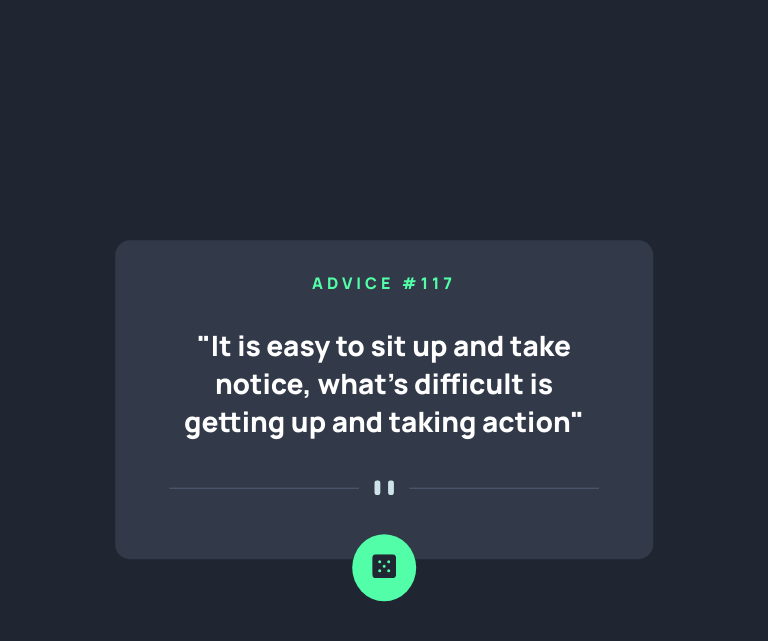
Repository: WindOfCodes/advice-generator-app
Page: index.html
An editor plug-in stored every save of this project. The page is shown before and after the next save, followed by the edit.
The browser window is 768 px wide. The pictures show the whole page.

Above is the page before, as saved 2022-11-28 22:31:25.

After the next save:
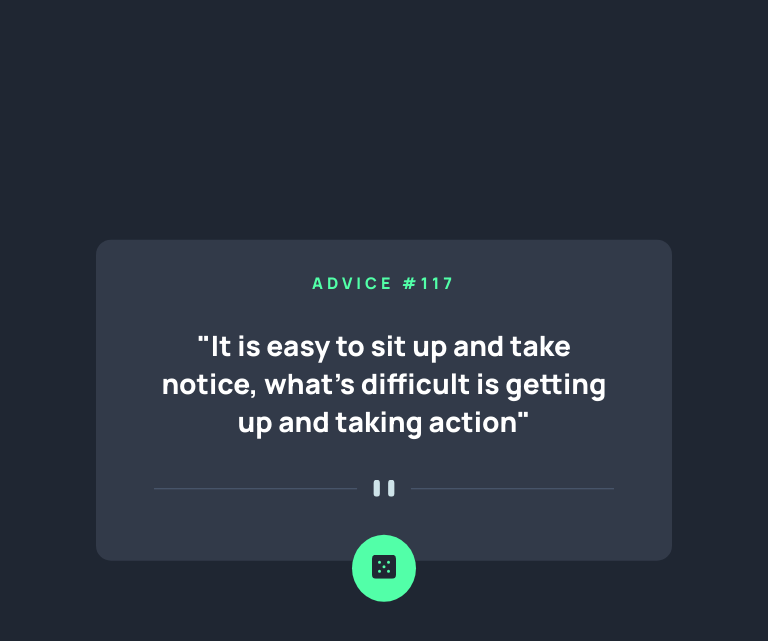
Saved 6 s later.
--- a/styles/main.css
+++ b/styles/main.css
@@ -72,7 +72,7 @@ body {
 
 @media only screen and (max-width: 800px) {
   .card {
-    width: 70%;
+    width: 75%;
   }
 }
 
